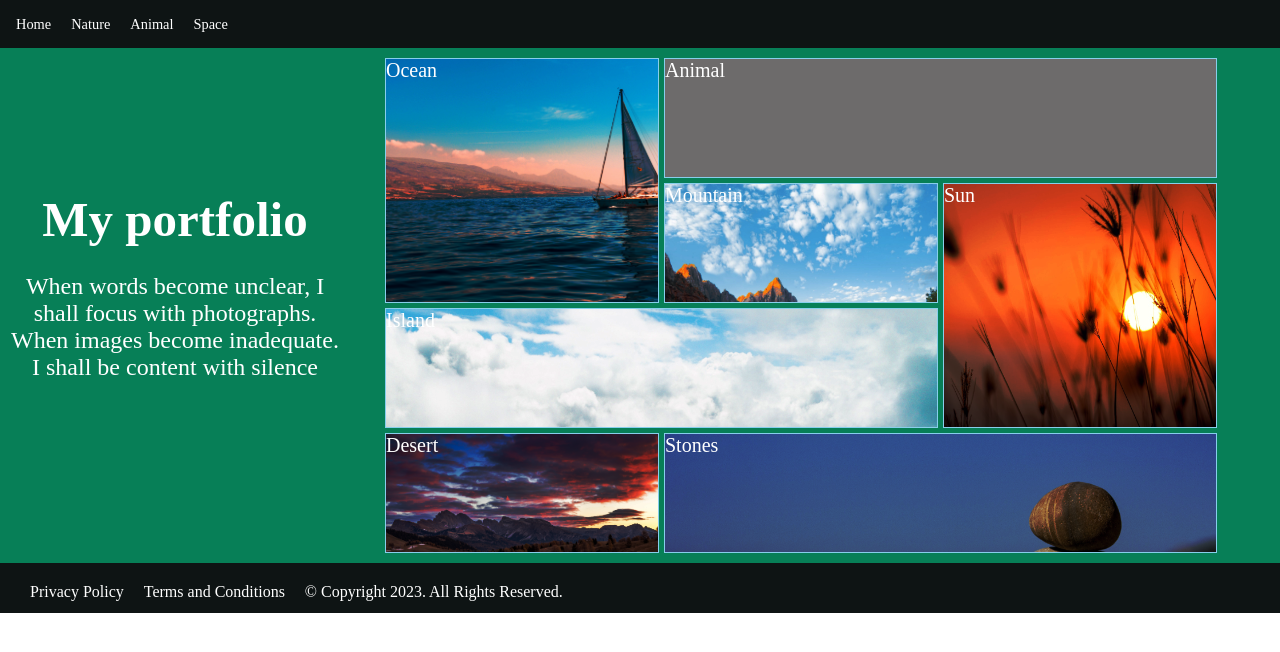
Repository: suraj-yadav7/03_Gallery_Portfolio
Page: index.html
These files come from the project's save history. The page is drawn as it stood at one moment and after the next save; the edit follows.
The browser window is 1280 px wide. The pictures show the whole page.
Pictures or frames that could not be fetched are drawn as grey boxes. Some web fonts or font styles are not loaded; a fallback is used.

Above is the page before, as saved 2023-02-14 21:28:22.

### index.html
<!DOCTYPE html>
<html lang="en">
<head>
    <meta charset="UTF-8">
    <meta http-equiv="X-UA-Compatible" content="IE=edge">
    <meta name="viewport" content="width=device-width, initial-scale=1.0">
    <title>Gallery</title>
    <link rel="stylesheet" href="style.css">
</head>
<body>
    <nav class="nav-section">
        <div class="nav-container">
        <ul class="nav-item flex">
            <li>    <a href="#">Home</a>   </li>
            <li>    <a href="#">Nature</a> </li>
            <li>    <a href="#">Animal</a> </li>
            <li>    <a href="#">Space</a> </li>
        </ul>
        </div>
    </nav>

        <div class="container flex">
            <div class="header-text">
                <h1 class="heading">My portfolio</h1>
                <p class="para">When words become unclear, I shall focus with photographs. When images become inadequate. I shall be content with silence</p>
            </div>
            <div class="gallery-layout">
                <div class="box" id="box1">Ocean</div>
                <div class="box" id="box2">Animal</div>
                <div class="box" id="box3">Mountain</div>
                <div class="box" id="box4">Sun</div>
                <div class="box" id="box5">Island</div>
                <div class="box" id="box6">Desert</div>
                <div class="box" id="box7">Stones</div>
            </div>
        </div>
        <footer>
            <div class="flex">
                <a>Privacy Policy</a>
                <a>Terms and Conditions</a>
                <a>© Copyright 2023. All Rights Reserved.</a>
            </div>
        </footer>
</body>
</html>

### style.css
@import url('https://fonts.googleapis.com/css2?family=Bodoni+Moda:ital,opsz@0,6..96;1,6..96&display=swap');

*{
    margin: 0;
    padding: 0;
    box-sizing: border-box;
}

:root{
    --primary-text-color: #1a0000;
    --secondary-text-color:  #33331a;
    --accent-color:  #cc99ff;
    --accent-dark-color: #4d88ff;
    --padding-inline-section: 20px;
}


/* Utility */


a{
    text-decoration: none;
    color: rgb(255, 255, 255);


}

.flex{
    display: flex;
    align-items: center;

}

/* Nav section */
.nav-container{
    background-color: rgb(14, 20, 20);
    padding: 1rem;
    font-family: 'Bodoni Moda', serif;
    font-size: 0.9rem;
    height: 3rem;


}
.nav-item{
    gap: 20px;
    list-style: none;
}
a:hover{
    color:#fff;
}

/*main -section */
.container{
    background-color: rgb(7, 127, 87);
    padding-block: 10px;
    gap: 35px;
    font-family: "bodoni modo" ;

}
.header-text{
    height: 250px;
   width: 350px;
    color: white;
    text-align: center;
    padding: 10px;

}
.heading{
    font-size: 49px;
}
.para{
    margin-top: 25px;
    font-size: 1.5rem;
}
.gallery-layout{
    display: grid;
    row-gap: 5px;
    column-gap: 5px;
    grid-template-columns: repeat(3, 1fr);
    grid-auto-rows: 120px;
    flex-basis: 65%;

}

.box{
    background-color: rgb(63, 60, 60);
    border: 1px solid skyblue;
    background-size: cover;
    background-position: top;
    background-blend-mode: hard-light;
    transition: all 1s ease-in-out;
    cursor: pointer;
    color: white;
    font-size: 20px;


}
.box:hover{
    background-color:rgb(210, 204, 204) ;
    background-position: center;

    box-shadow: 0 0 4px #fff;

}

#box1{
    grid-row: span 2;
    background-image: url("images/pexels-szelei-robert-1482193.jpg");


}

#box2{
    grid-column: span 2;
    background-image: url("images/pexels-dsd-1829979.jpg");

}
#box3{
    background-image: url("images/pexels-michael-block-3225517.jpg");

}

#box4{
    grid-row: span 2;
    background-image: url("images/pexels-darwis-alwan-1454752.jpg");
}

#box5{
    grid-column: span 2;
    background-image: url("images/pexels-michael-block-3225524.jpg");

}
#box6{
    background-image: url("images/pexels-michal-lizuch-2919720.jpg");

}

#box7{
    grid-column: span 2;
    background-image: url("images/pexels-pixabay-235990.jpg");

}


/* Footer */
footer{
    height: 50px;
    max-width: 100%;
    background-color: rgb(14, 20, 20);
    padding: var(--padding-inline-section);
    font-family: 'Bodoni Moda', serif;
    font-size: 1rem;
}
footer a{
margin:0 10px;
}
/* media queries for Mobile Responsiveness */

@media screen and (max-width: 1024px){

    .container{
        flex-direction: column;
        padding: 20px;
    }
    .box{
        grid-column: span 3;
        grid-row: span 1;

    }
.gallery-layout{
    margin-top:-20px;
    width: 100%;
    grid-auto-rows: 100px;
    padding-inline: 12px;
    row-gap: 10px;

}
#box2, #box5, #box7{
    grid-column: span 3;
}

}

After the next save:
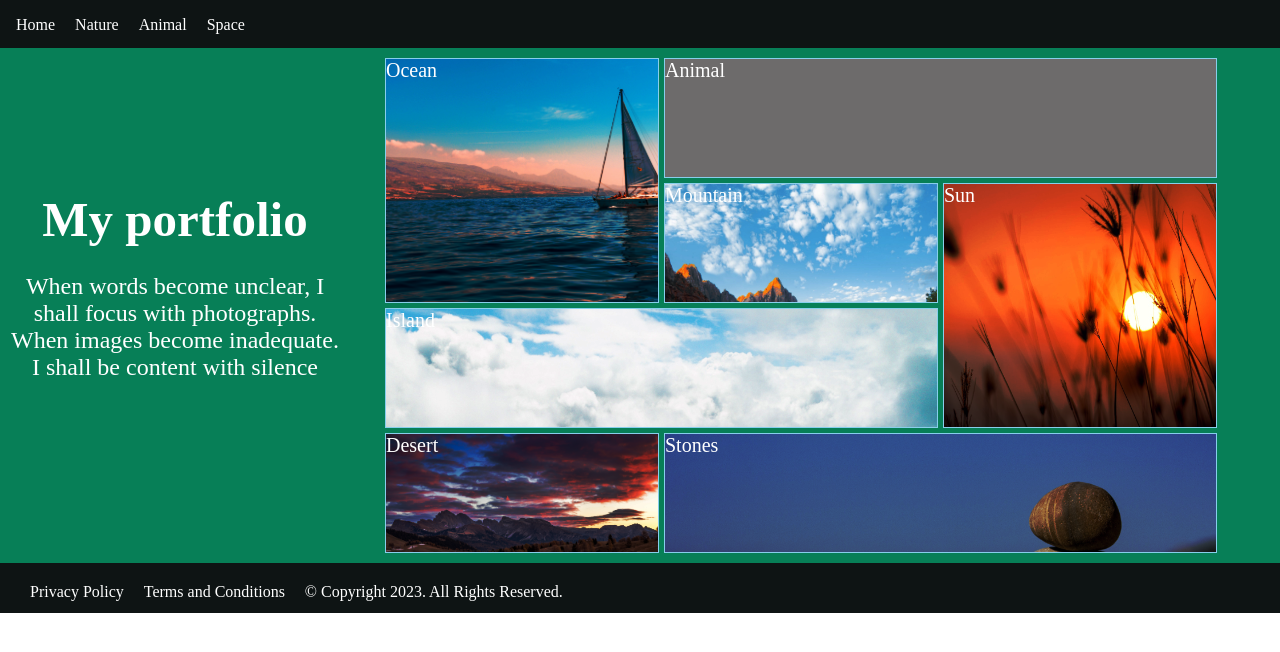
Saved 13 s later.
--- a/style.css
+++ b/style.css
@@ -36,7 +36,7 @@ a{
     background-color: rgb(14, 20, 20);
     padding: 1rem;
     font-family: 'Bodoni Moda', serif;
-    font-size: 0.9rem;
+    font-size: 1rem;
     height: 3rem;
 
 
